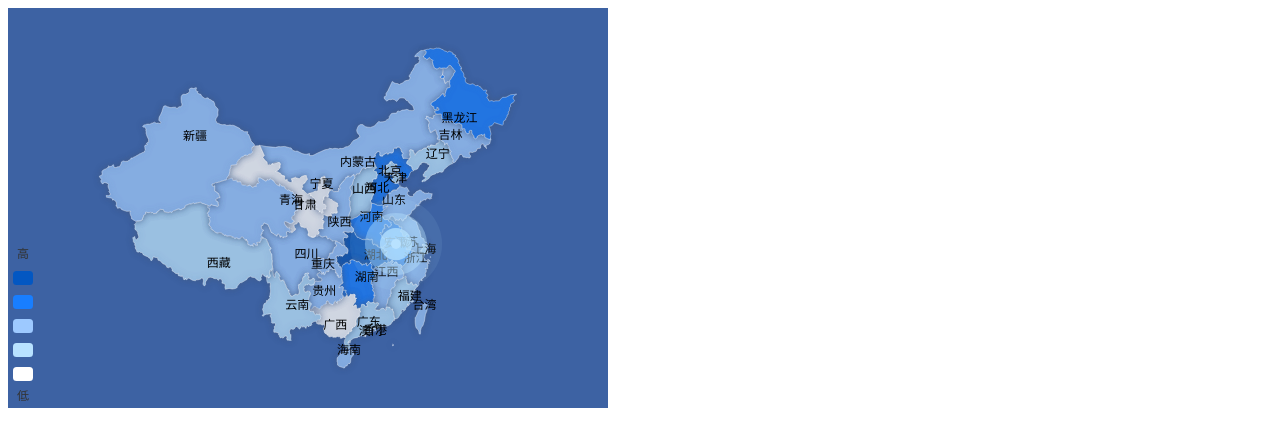
Repository: 572031690/echartssimple
Page: 21.地图常见效果_地图和散点图结合.html
An editor plug-in stored every save of this project. The page is shown before and after the next save, followed by the edit.
The browser window is 1280 px wide. The pictures show the whole page.

Above is the page before, as saved 2021-08-11 11:51:23.

### 21.地图常见效果_地图和散点图结合.html
<!DOCTYPE html>
<html lang="en">

<head>
  <meta charset="UTF-8">
  <meta name="viewport" content="width=device-width, initial-scale=1.0">
  <meta http-equiv="X-UA-Compatible" content="ie=edge">
  <title>Document</title>
  <script src="lib/echarts.min.js"></script>
  <script src="lib/jquery.min.js"></script>
</head>

<body>
  <div style="width: 600px;height:400px;background-color:#3D62A3;"></div>

  <script>
    //1. 给series下增加一个新的对象
    //2. 准备数据散点数据  , 配置给series下的另外一个对象
    //3. 配置series下的新对象的type值为effectScatter
    //4. 指明散点图的坐标系统为geo
    //5. 调整涟漪动画效果
    var airData = [
      { name: '北京', value: 39.92 },
      { name: '天津', value: 39.13 },
      { name: '上海', value: 31.22 },
      { name: '重庆', value: 66 },
      { name: '河北', value: 147 },
      { name: '河南', value: 113 },
      { name: '云南', value: 25.04 },
      { name: '辽宁', value: 50 },
      { name: '黑龙江', value: 114 },
      { name: '湖南', value: 175 },
      { name: '安徽', value: 117 },
      { name: '山东', value: 92 },
      { name: '新疆', value: 84 },
      { name: '江苏', value: 67 },
      { name: '浙江', value: 84 },
      { name: '江西', value: 96 },
      { name: '湖北', value: 273 },
      { name: '广西', value: 0 },
      { name: '甘肃', value: 0 },
      { name: '山西', value: 39 },
      { name: '内蒙古', value: 58 },
      { name: '陕西', value: 61 },
      { name: '吉林', value: 51 },
      { name: '福建', value: 29 },
      { name: '贵州', value: 71 },
      { name: '广东', value: 38 },
      { name: '青海', value: 57 },
      { name: '西藏', value: 24 },
      { name: '四川', value: 58 },
      { name: '宁夏', value: 0 },
      { name: '海南', value: 54 },
      { name: '台湾', value: 88 },
      { name: '香港', value: 66 },
      { name: '澳门', value: 77 },
      { name: '南海诸岛', value: 55 }
    ]
    var scatterData = [
      {
        value: [117.283042, 31.86119]
      }
    ]
    var mCharts = echarts.init(document.querySelector("div"))
    $.get('json/map/china.json', function (ret) {
      // ret 就是中国的各个省份的矢量地图数据
      console.log(ret)
      echarts.registerMap('chinaMap', ret)
      var option = {
        geo: {
          type: 'map',
          map: 'chinaMap', // chinaMap需要和registerMap中的第一个参数保持一致
          roam: true, // 设置允许缩放以及拖动的效果
          label: {
            show: true // 展示标签
          },
          itemStyle: {
            normal: {
              areaColor: '#416cbb',//地图区域的颜色。
              borderColor: '#fff',//图形的描边颜色。支持的颜色格式同 color，不支持回调函数。
              shadowColor: '#41587f',//阴影颜色。
              shadowBlur: 6,//图形阴影的模糊大小。
              opacity: 0.75//图形透明度
            },
            emphasis: {
              areaColor: '#fdd145'
            }
          }
        },
        series: [
          {
            data: airData,
            geoIndex: 0, // 将空气质量的数据和第0个geo配置关联在一起
            type: 'map'
          },
          {
            data: scatterData, // 配置散点的坐标数据
            type: 'effectScatter',
            coordinateSystem: 'geo', // 指明散点使用的坐标系统  geo的坐标系统
            rippleEffect: {
              scale: 10 // 设置涟漪动画的缩放比例
            }
          }
        ],
        visualMap: {
          min: 0,
          max: 300,
          text: ['高', '低'],//两端的文本，如 ['High', 'Low']

          //
          indicatorStyle: {
            borderColor:'red',
            borderWidth: 1,
          },
          // inRange: {
          //   color: ['#B8E2FF','#9DC9FF','#6CADFF','#187EFF', '#0357C2'] // 控制颜色渐变的范围
          // },

          pieces: [
          //   // 自定义『分段式视觉映射组件（visualMapPiecewise）』的每一段的范围，以及每一段的文字，以及每一段的特别的样式
          //   { gt: 100000, lte: 1000000000, label: "100000~1000000000", color: "#6ad86e" }, // (900, 1000]
            { gt: 200, lte: 300, label: "10000~100000", color: "#0357C2" }, // (500, 900]
            { gt: 100, lte: 200, label: "1000~10000", color: "#187EFF" }, // (310, 500]
            { gt: 50, lte: 100, label: "10~1000", color: "#9DC9FF" }, // (200, 300]
            { gt: 0, lte: 50, label: "0~10人", color: "#B8E2FF" }, // (10, 200]
            { value:0, label: "无数据", color: "#fff" } // [0]
          ],

          // calculable: true // 出现滑块
        }
      }
      mCharts.setOption(option)
    })

  </script>
</body>

</html>

Loaded but not shown: lib/echarts.min.js (library); lib/jquery.min.js (library); json/map/china.json (common file)

After the next save:
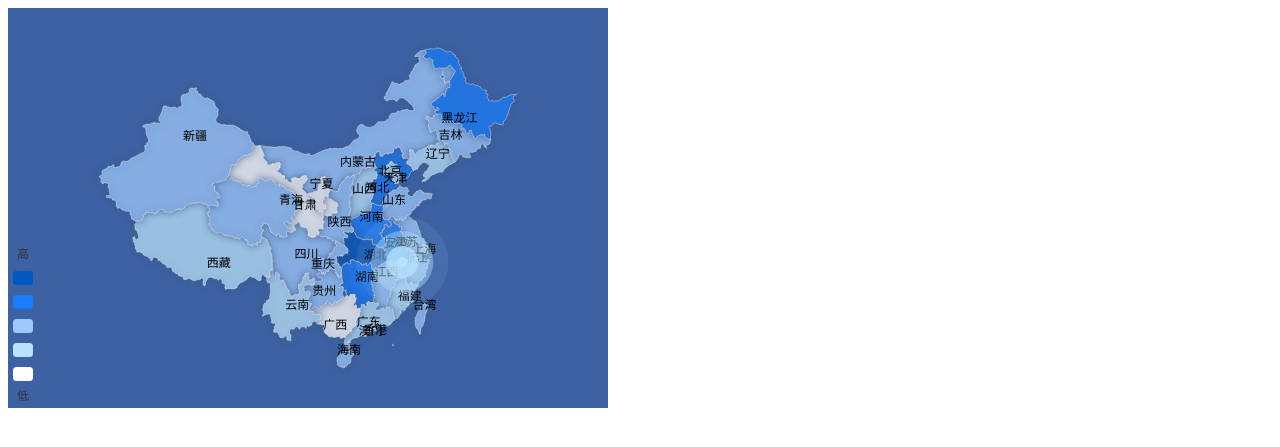
Saved 2 min 29 s later.
--- a/21.地图常见效果_地图和散点图结合.html
+++ b/21.地图常见效果_地图和散点图结合.html
@@ -58,7 +58,7 @@
     ]
     var scatterData = [
       {
-        value: [117.283042, 31.86119]
+        value: [118.213042, 29.86119]
       }
     ]
     var mCharts = echarts.init(document.querySelector("div"))
